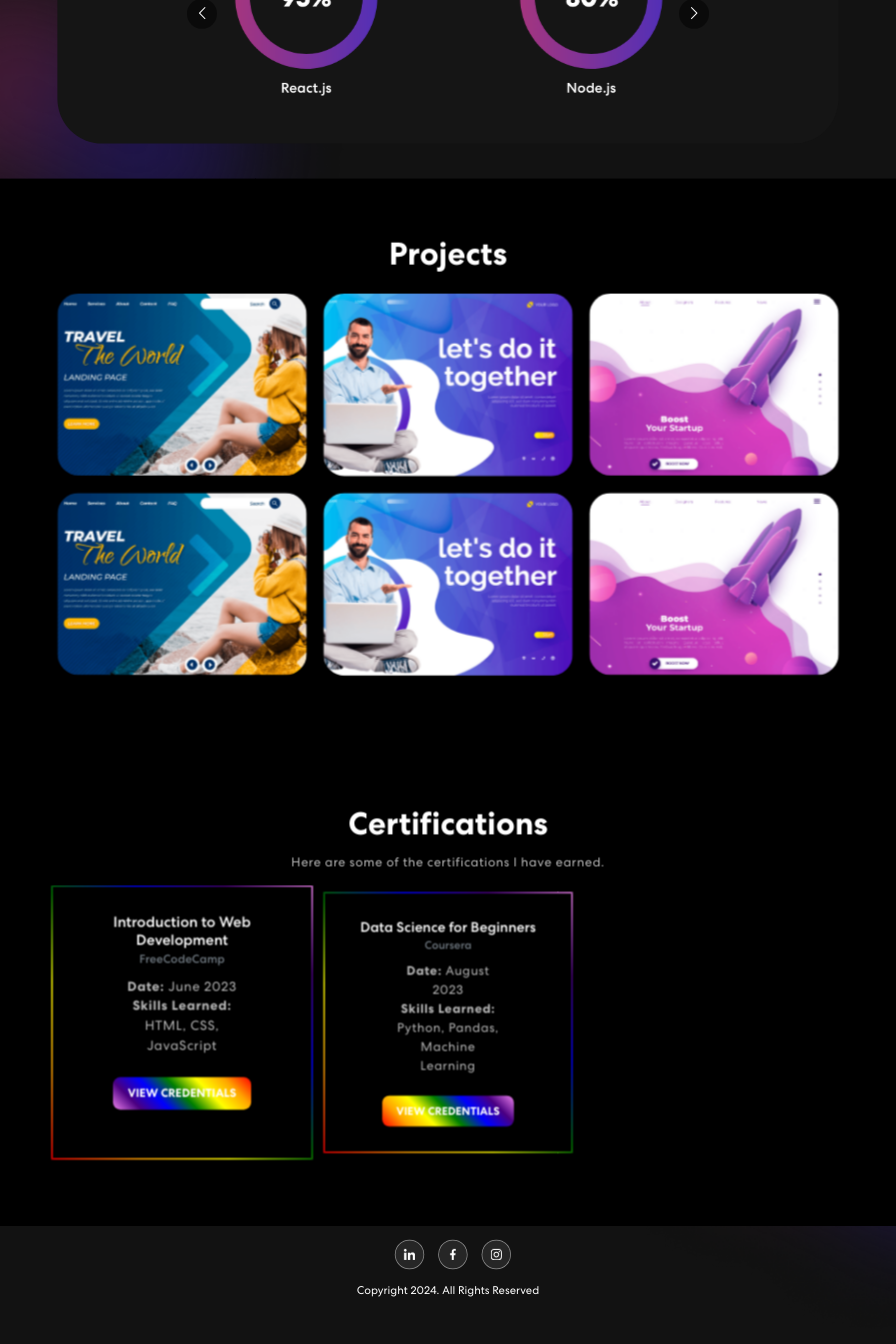
Repository: ChakerChourouk/personal-portfolio
Page: /
These files come from the project's save history. The page is drawn as it stood at one moment and after the next save; the edit follows.
The browser window is 1280 px wide. The pictures show the part of the page from y = 1123 to 3043 px (the page is 3043 px tall), at 70% of full size.
The pointer rests on the first visible `.rainbow-button`.
The project was rebuilt for these pictures with package versions that can differ from the ones it lists, and the page was loaded fresh each time.

Above is the page before, as saved 2024-09-19 20:52:04.

### src/App.js
import logo from './logo.svg';
import './App.css';
import 'bootstrap/dist/css/bootstrap.min.css';
import { NavBar } from "./components/NavBar";
import { Banner } from "./components/Banner";
import { Skills } from "./components/Skills";
import { Projects } from "./components/Projects";
import { Footer } from "./components/Footer";
import { Certifications } from "./components/Certifications";

function App() {
  return (
    <div className="App">
      <NavBar />
      <Banner />
      <Skills />
      <Projects />
      <Certifications/>
      <Footer />
    </div>
  );
}

export default App;

### src/App.css
/************ Custom Font ************/
@font-face {
	font-family: Centra;
	src: url('./assets/font/CentraNo2-Bold.ttf');
	font-weight: 700;
}
@font-face {
	font-family: Centra;
	src: url('./assets/font/CentraNo2-Medium.ttf');
	font-weight: 500;
}
@font-face {
	font-family: Centra;
	src: url('./assets/font/CentraNo2-Book.ttf');
	font-weight: 400;
}

/************ Default Css ************/
* {
  margin: 0;
  padding: 0;
  box-sizing: border-box;
}

html {
  scroll-behavior: smooth;
  scroll-padding-top: 75px;
}

body {
  font-weight: 400;
  overflow-x: hidden;
  position: relative;
  background-color: #121212 !important;
  color: #fff !important;
  font-family: 'Centra', sans-serif !important;
}

h1, h2, h3, h4, h5, h6 {
  margin: 0;
  padding: 0;
  line-height: normal;
}

p, a, li, button, ul {
  margin: 0;
  padding: 0;
  line-height: normal;
  text-decoration: none;
}

a:hover {
  text-decoration: none;
}

img {
  width: 100%;
  height: auto;
}

button {
  border: 0;
  background-color: transparent;
}

input:focus, textarea:focus, select:focus {
  outline: none;
}

@media (min-width:1700px) {
	main .container {
		max-width: 100%;
		padding: 0 150px;
	}
}

p.success {
	color: green;
}

p.danger {
	color: red;
}
/************ Navbar Css ************/
nav.navbar {
  padding: 18px 0;
  position: fixed;
  width: 100%;
  top: 0;
  z-index: 9999;
  transition:  0.32s ease-in-out;
}
nav.navbar.scrolled {
  padding: 0px 0;
  background-color: #121212;
}
nav.navbar a.navbar-brand {
    width: 9%;
}
nav.navbar .navbar-nav .nav-link.navbar-link {
  font-weight: 400;
  color: #fff !important;
  letter-spacing: 0.8px;
  padding: 0 25px;
  font-size: 18px;
  opacity: 0.75;
}
nav.navbar .navbar-nav a.nav-link.navbar-link:hover,
nav.navbar .navbar-nav a.nav-link.navbar-link.active {
    opacity: 1;
}
span.navbar-text {
    display: flex;
    align-items: center;
}
.social-icon {
    display: inline-block;
    margin-left: 14px;
}
.social-icon a {
    width: 42px;
    height: 42px;
    background: rgba(217, 217, 217, 0.1);
    display: inline-flex;
    border-radius: 50%;
    margin-right: 6px;
    align-items: center;
    justify-content: center;
    line-height: 1;
    border: 1px solid rgba(255, 255, 255, 0.5);
}
.social-icon a::before {
    content: "";
    width: 42px;
    height: 42px;
    position: absolute;
    background-color: #ffffff;
    border-radius: 50%;
    transform: scale(0);
	transition: 0.3s ease-in-out;
}
.social-icon a:hover::before {
    transform: scale(1);
}
.social-icon a img {
	width: 40%;
	z-index: 1;
	transition: 0.3s ease-in-out;
}
.social-icon a:hover img {
	filter: brightness(0) saturate(100%) invert(0%) sepia(7%) saturate(98%) hue-rotate(346deg) brightness(95%) contrast(86%);
}
.navbar-text button {
  font-weight: 700;
  color: #fff;
  border: 1px solid #fff;
  padding: 18px 34px;
  font-size: 18px;
  margin-left: 18px;
	position: relative;
	background-color: transparent;
	transition: 0.3s ease-in-out;
}
.navbar-text button span {
  z-index: 1;
}
.navbar-text button::before {
  content: "";
  width: 0%;
  height: 100%;
  position: absolute;
  background-color: #fff;
  left: 0;
  top: 0;
  z-index: -1;
  transition: 0.3s ease-in-out;
}
.navbar-text button:hover {
  color: #121212;
}
.navbar-text button:hover::before {
	content: "";
	width: 100%;
	height: 100%;
	position: absolute;
}
nav.navbar .navbar-toggler:active,
nav.navbar .navbar-toggler:focus {
	outline: none;
    box-shadow: none;
}
nav.navbar .navbar-toggler-icon {
  width: 24px;
  height: 17px;
  background-image: none;
  position: relative;
  border-bottom: 2px solid #fff;
  transition: all 300ms linear;
  top: -2px;
}
nav.navbar .navbar-toggler-icon:focus {
	border-bottom: 2px solid #fff;
}
nav.navbar .navbar-toggler-icon:after,
nav.navbar .navbar-toggler-icon:before {
	width: 24px;
	position: absolute;
	height: 2px;
	background-color: #fff;
	top: 0;
	left: 0;
	content: '';
	z-index: 2;
	transition: all 300ms linear;
}
nav.navbar .navbar-toggler-icon:after {
	top: 8px;
}
nav.navbar .navbar-toggler[aria-expanded="true"] .navbar-toggler-icon:after {
	transform: rotate(45deg);
	background-color: #fff;
	height: 2px;
}
nav.navbar .navbar-toggler[aria-expanded="true"] .navbar-toggler-icon:before {
	transform: translateY(8px) rotate(-45deg);
	background-color: #fff;
	height: 2px;
}
nav.navbar .navbar-toggler[aria-expanded="true"] .navbar-toggler-icon {
	border-color: transparent;
}

/************ Banner Css ************/
.banner {
  margin-top: 0;
  padding: 260px 0 100px 0;
  background-image: url('./assets/img/banner-bg.png');
  background-position: top center;
  background-size: cover;
  background-repeat: no-repeat;
}
.banner .tagline {
  font-weight: 700;
  letter-spacing: 0.8px;
  padding: 8px 10px;
  background: linear-gradient(90.21deg, rgba(170, 54, 124, 0.5) -5.91%, rgba(74, 47, 189, 0.5) 111.58%);
  border: 1px solid rgba(255, 255, 255, 0.5);
  font-size: 20px;
  margin-bottom: 16px;
  display: inline-block;
}
.banner h1 {
  font-size: 65px;
  font-weight: 700;
  letter-spacing: 0.8px;
  line-height: 1;
  margin-bottom: 20px;
  display: block;
}
.banner p {
  color: #B8B8B8;
  font-size: 18px;
  letter-spacing: 0.8px;
  line-height: 1.5em;
  width: 96%;
}
.banner button {
  color: #fff;
  font-weight: 700;
  font-size: 20px;
  margin-top: 60px;
  letter-spacing: 0.8px;
  display: flex;
  align-items: center;
}
.banner button svg {
  font-size: 25px;
  margin-left: 10px;
  transition: 0.3s ease-in-out;
  line-height: 1;
}
.banner button:hover svg {
  margin-left: 25px;
}
.banner img {
  animation: updown 3s linear infinite;
}
@keyframes updown {
    0% {
        transform: translateY(-20px);
    }
    50% {
        transform: translateY(20px);
    }
    100% {
        transform: translateY(-20px);
    }
}
.txt-rotate > .wrap {
  border-right: 0.08em solid #666;
}

/************ Skills Css ************/
.skill {
  padding: 0 0 50px 0;
  position: relative;
}
.skill-bx {
  background: #151515;
  border-radius: 64px;
  text-align: center;
  padding: 60px 50px;
  margin-top: -60px;
}
.skill h2 {
	font-size: 45px;
	font-weight: 700;
}
.skill p {
    color: #B8B8B8;
    font-size: 18px;
    letter-spacing: 0.8px;
    line-height: 1.5em;
    margin: 14px 0 75px 0;
}
.skill-slider {
  width: 80%;
  margin: 0 auto;
  position: relative;
}
.skill-slider .item img {
  width: 50%;
  margin: 0 auto 15px auto;
}
.background-image-left {
  top: 28%;
  position: absolute;
  bottom: 0;
  width: 40%;
  z-index: -4;
}

/************ Projects Css ************/
.project {
  padding: 80px 0;
  position: relative;
  background-color: black;
}
.project h2 {
	font-size: 45px;
	font-weight: 700;
  text-align: center;
}
.project p {
  color: #B8B8B8;
  font-size: 18px;
  letter-spacing: 0.8px;
  line-height: 1.5em;
  margin: 14px auto 30px auto;
  text-align: center;
  width: 56%;
}
.project .nav.nav-pills {
  width: 72%;
  margin: 0 auto;
  border-radius: 50px;
  background-color: rgb(255 255 255 / 10%);
  overflow: hidden;
}
.project .nav.nav-pills .nav-item {
  width: 33.33333%;
}
.project .nav.nav-pills .nav-link {
  background-color: transparent;
  border-radius: 0;
  padding: 17px 0;
  color: #fff;
  width: 100%;
  font-size: 17px;
  letter-spacing: 0.8px;
  font-weight: 500;
  position: relative;
  transition: 0.3s ease-in-out;
  text-align: center;
  z-index: 0;
}
.project .nav.nav-pills .nav-link::before {
    content: "";
    position: absolute;
    width: 0;
    height: 100%;
    background: linear-gradient(90.21deg, #AA367C -5.91%, #4A2FBD 111.58%);
    top: 0;
    left: 0;
    z-index: -1;
    transition: 0.3s ease-in-out;
}
.project .nav.nav-pills .nav-link.active::before {
    width: 100% !important;
}
.project .nav.nav-pills .nav-link.active {
    border: 1px solid rgba(255, 255, 255, 1);
}
.nav-link#projects-tabs-tab-first {
  border: 1px solid rgba(255, 255, 255, 0.5);
  border-radius: 55px 0px 0px 55px;
}
.nav-link#projects-tabs-tab-second {
  border-top: 1px solid rgba(255, 255, 255, 0.5);
  border-bottom: 1px solid rgba(255, 255, 255, 0.5);
}
.nav-link#projects-tabs-tab-third {
  border: 1px solid rgba(255, 255, 255, 0.5);
  border-radius: 0 55px 55px 0;
}
.proj-imgbx {
  position: relative;
  border-radius: 30px;
  overflow: hidden;
  margin-bottom: 24px;
}
.proj-imgbx::before {
  content: "";
  background: linear-gradient(90.21deg, #AA367C -5.91%, #4A2FBD 111.58%);
  opacity: 0.85;
  position: absolute;
  width: 100%;
  height: 0;
  transition: 0.4s ease-in-out;
}
.proj-imgbx:hover::before {
  height: 100%;
}
.proj-txtx {
  position: absolute;
  text-align: center;
  top: 65%;
  left: 50%;
  transform: translate(-50%, -50%);
  transition: 0.5s ease-in-out;
  opacity: 0;
  width: 100%;
}
.proj-imgbx:hover .proj-txtx {
  top: 50%;
  opacity: 1;
}
.proj-txtx h4 {
  font-size: 30px;
  font-weight: 700;
  letter-spacing: 0.8px;
  line-height: 1.1em;
}
.proj-txtx span {
  font-style: italic;
  font-weight: 400;
  font-size: 15px;
  letter-spacing: 0.8px;
}
.background-image-right {
  top: 20%;
  position: absolute;
  bottom: 0;
  width: 35%;
  right: 0;
  z-index: -4;
}

/************ Projects Css ************/
.contact {
  background: linear-gradient(90.21deg, #AA367C -5.91%, #4A2FBD 111.58%);
  padding: 60px 0 200px 0;
}
.contact img {
  width: 92%;
}
.contact h2 {
	font-size: 45px;
	font-weight: 700;
  margin-bottom: 30px;
}
.contact form input, .contact form textarea {
  width: 100%;
  background: rgba(255, 255, 255, 0.1);
  border: 1px solid rgba(255, 255, 255, 0.5);
  border-radius: 20px;
  color: #fff;
  margin: 0 0 8px 0;
  padding: 18px 26px;
  font-weight: 500;
  font-size: 18px;
  letter-spacing: 0.8px;
  transition: 0.3s ease-in-out;
}
.contact form input:focus, .contact form textarea:focus {
  background: rgba(255, 255, 255, 1);
  color: #121212;
}
.contact form input::placeholder, .contact form textarea::placeholder {
  font-size: 16px;
  font-weight: 400;
  color: #fff;
}
.contact form input:focus::placeholder, .contact form textarea:focus::placeholder {
  color: #121212;
  opacity: 0.8;
}
.contact form button {
  font-weight: 700;
  color: #000;
  background-color: #fff;
  padding: 14px 48px;
  font-size: 18px;
  margin-top: 25px;
  border-radius: 0;
  position: relative;
  transition: 0.3s ease-in-out;
}
.contact form button span {
  z-index: 1;
  position: relative;
}
.contact form button:hover {
  color: #fff;
}
.contact form button::before {
  content: "";
  background: #121212;
  width: 0;
  height: 100%;
  position: absolute;
  top: 0;
  left: 0;
  z-index: 0;
  transition: 0.3s ease-in-out;
}
.contact form button:hover::before {
  width: 100%;
}

/************ Footer Css ************/

.footer {
  padding: 20px 0;
}

.social-icon a {
  margin: 0 10px;
}

/* Add margin to create space between icons and the text */
.text-center p {
  margin-top: 20px; /* Adjust the value for more or less space */
}


.welcome {
    font-weight: 400;
    color: #fff !important;
    letter-spacing: 0.8px;
    padding: 0 25px;
    font-size: 18px;
    opacity: 0.75;
}

.card {
  text-align: center;
  padding: 20px;
}

### src/components/NavBar.js
import { useState, useEffect } from "react";
import { Navbar, Nav, Container } from "react-bootstrap";
import {
  BrowserRouter as Router
} from "react-router-dom";

export const NavBar = () => {

  const [activeLink, setActiveLink] = useState('home');
  const [scrolled, setScrolled] = useState(false);

  useEffect(() => {
    const onScroll = () => {
      if (window.scrollY > 50) {
        setScrolled(true);
      } else {
        setScrolled(false);
      }
    }

    window.addEventListener("scroll", onScroll);

    return () => window.removeEventListener("scroll", onScroll);
  }, [])

  const onUpdateActiveLink = (value) => {
    setActiveLink(value);
  }

  return (
    <Router>
      <Navbar expand="md" className={scrolled ? "scrolled" : ""}>
        <Container>
         {/* <Navbar.Brand href="/">
            <img src={logo} alt="Logo" />
          </Navbar.Brand>*/}
          <span className="welcome">Welcome to my Portfolio<span role="img" aria-label="waving hand"> 👋</span> </span>
          <Navbar.Toggle aria-controls="basic-navbar-nav">
            <span className="navbar-toggler-icon"></span>
          </Navbar.Toggle>
          <Navbar.Collapse id="basic-navbar-nav">
            <Nav className="ms-auto">
              <Nav.Link href="#home" className={activeLink === 'home' ? 'active navbar-link' : 'navbar-link'} onClick={() => onUpdateActiveLink('home')}>Home</Nav.Link>
              <Nav.Link href="#skills" className={activeLink === 'skills' ? 'active navbar-link' : 'navbar-link'} onClick={() => onUpdateActiveLink('skills')}>Skills</Nav.Link>
              <Nav.Link href="#projects" className={activeLink === 'projects' ? 'active navbar-link' : 'navbar-link'} onClick={() => onUpdateActiveLink('projects')}>Projects</Nav.Link>
              <Nav.Link href="#contacts" className={activeLink === 'certification' ? 'active navbar-link' : 'navbar-link'} onClick={() => onUpdateActiveLink('certification')}>Certifications</Nav.Link>
              <Nav.Link href="#contacts" className={activeLink === 'contacts' ? 'active navbar-link' : 'navbar-link'} onClick={() => onUpdateActiveLink('projects')}>Contacts</Nav.Link>
            </Nav>
            {/*<span className="navbar-text">
              <div className="social-icon">
                <a href="#"><img src={navIcon1} alt="" /></a>
                <a href="#"><img src={navIcon2} alt="" /></a>
                <a href="#"><img src={navIcon3} alt="" /></a>
              </div>
            </span>*/}
          </Navbar.Collapse>
        </Container>
      </Navbar>
    </Router>
  )
}

### src/components/Projects.js
import { Container, Row, Col, Tab, Nav } from "react-bootstrap";
import { ProjectCard } from "./ProjectCard";
import projImg1 from "../assets/img/project-img1.png";
import projImg2 from "../assets/img/project-img2.png";
import projImg3 from "../assets/img/project-img3.png";
import colorSharp2 from "../assets/img/color-sharp2.png";
import 'animate.css';
import TrackVisibility from 'react-on-screen';

export const Projects = () => {

  const projects = [
    {
      title: "Business Startup",
      description: "Design & Development",
      imgUrl: projImg1,
    },
    {
      title: "Business Startup",
      description: "Design & Development",
      imgUrl: projImg2,
    },
    {
      title: "Business Startup",
      description: "Design & Development",
      imgUrl: projImg3,
    },
    {
      title: "Business Startup",
      description: "Design & Development",
      imgUrl: projImg1,
    },
    {
      title: "Business Startup",
      description: "Design & Development",
      imgUrl: projImg2,
    },
    {
      title: "Business Startup",
      description: "Design & Development",
      imgUrl: projImg3,
    },
  ];

  return (
    <section className="project" id="projects">
      <Container>
        <Row>
          <Col size={12}>
            <TrackVisibility>
              {({ isVisible }) =>
              <div className={isVisible ? "animate__animated animate__fadeIn": ""}>
                <h2>Projects</h2>
                <p>  </p>
                <Tab.Container id="projects-tabs" defaultActiveKey="first">
                  <Tab.Content id="slideInUp" className={isVisible ? "animate__animated animate__slideInUp" : ""}>
                    <Tab.Pane eventKey="first">
                      <Row>
                        {
                          projects.map((project, index) => {
                            return (
                              <ProjectCard
                                key={index}
                                {...project}
                                />
                            )
                          })
                        }
                      </Row>
                    </Tab.Pane>
                  </Tab.Content>
                </Tab.Container>
              </div>}
            </TrackVisibility>
          </Col>
        </Row>
      </Container>
      <img className="background-image-right" src={colorSharp2}></img>
    </section>
  )
}

### src/components/Footer.js
import { Container, Row, Col } from "react-bootstrap";
import logo from "../assets/img/logo.svg";
import navIcon1 from "../assets/img/nav-icon1.svg";
import navIcon2 from "../assets/img/nav-icon2.svg";
import navIcon3 from "../assets/img/nav-icon3.svg";

export const Footer = () => {
  return (
    <footer className="footer" id="contacts" >
      <Container>
        <Row className="align-items-center justify-content-center">
          <Col size={12} sm={6} className="text-center">
            <div className="social-icon">
              <a href="https://www.linkedin.com/in/chaker-chourouk-a32841257/"><img src={navIcon1} alt="Icon" /></a>
              <a href="#"><img src={navIcon2} alt="Icon" /></a>
              <a href="#"><img src={navIcon3} alt="Icon" /></a>
            </div>
            <p>Copyright 2024. All Rights Reserved</p>
          </Col>
        </Row>
      </Container>
    </footer>
  );
};

### src/components/Certifications.js
import { Container, Row, Col, Tab } from "react-bootstrap";
import { ProjectCard } from "./ProjectCard2";
import colorSharp2 from "../assets/img/color-sharp2.png";
import 'animate.css';
import TrackVisibility from 'react-on-screen';

export const Certifications = () => {

  const projects = [
    {
      title: "Introduction to Web Development",
      organization: "FreeCodeCamp",
      date: "June 2023",
      skills: ["HTML", "CSS", "JavaScript"],
      certificateUrl: "https://www.example.com/certificate1",
    },
    {
      title: "Data Science for Beginners",
      organization: "Coursera",
      date: "August 2023",
      skills: ["Python", "Pandas", "Machine Learning"],
      certificateUrl: "https://www.example.com/certificate2",
    },
  ];

  return (
    <section className="project" id="certification">
      <Container>
        <Row>
          <Col size={12}>
            <TrackVisibility>
              {({ isVisible }) =>
              <div className={isVisible ? "animate__animated animate__fadeIn": ""}>
                <h2>Certifications</h2>
                <p>Here are some of the certifications I have earned.</p>
                <Tab.Container id="projects-tabs" defaultActiveKey="first">
                  <Tab.Content id="slideInUp" className={isVisible ? "animate__animated animate__slideInUp" : ""}>
                    <Tab.Pane eventKey="first">
                      <Row>
                        {
                          projects.map((project, index) => {
                            return (
                              <Col key={index} sm={12} md={4} className="mb-4">
                                <ProjectCard
                                  title={project.title}
                                  organization={project.organization}
                                  date={project.date}
                                  skills={project.skills}
                                  certificateUrl={project.certificateUrl}
                                />
                              </Col>
                            );
                          })
                        }
                      </Row>
                    </Tab.Pane>
                  </Tab.Content>
                </Tab.Container>
              </div>}
            </TrackVisibility>
          </Col>
        </Row>
      </Container>
      <img className="background-image-right" src={colorSharp2} alt="Background" />
    </section>
  );
};

### src/components/ProjectCard2.js
import { Card, Button } from "react-bootstrap";
import './ProjectCard2.css'; // Import the CSS file

export const ProjectCard = ({ title, organization, date, skills, certificateUrl }) => {
  return (
    <Card className="custom-card h-100">
      <Card.Body>
        <Card.Title>{title}</Card.Title>
        <Card.Subtitle className="mb-2 text-muted">{organization}</Card.Subtitle>
        <Card.Text>
          <strong>Date:</strong> {date}<br />
          <strong>Skills Learned:</strong> {skills.join(", ")}
        </Card.Text>
        <Button variant="primary" href={certificateUrl} target="_blank" className="rainbow-button">
          View Credentials
        </Button>
      </Card.Body>
    </Card>
  );
};

### src/components/ProjectCard2.css
/* Style for the card */
.custom-card {
    background-color: black;
    border: 2px solid;
    border-image: linear-gradient(45deg, red, orange, yellow, green, blue, indigo, violet) 1;
    border-radius: 15px; /* Rounded corners */
    color: white; /* Text color */
    padding: 20px;
    text-align: center;
    transition: transform 0.2s;
  }

  .custom-card:hover {
    transform: scale(1.05); /* Slight zoom on hover */
  }

  /* Rainbow button */
  .rainbow-button {
    background: linear-gradient(45deg, red, orange, yellow, green, blue, indigo, violet);
    border: none;
    color: white;
    border-radius: 10px;
    padding: 10px 20px;
    text-transform: uppercase;
    font-weight: bold;
    transition: background 0.3s ease;
  }

  .rainbow-button:hover {
    background: linear-gradient(45deg, violet, indigo, blue, green, yellow, orange, red); /* Reverse on hover */
    color: white;
  }

Loaded but not shown: public/index.html (common file); src/index.js (common file); src/index.css (common file); src/reportWebVitals.js (common file); src/components/ProjectCard.js (common file); public/manifest.json (common file); src/components/Skills.js (72 lines, source omitted); src/components/Banner.js (75 lines, source omitted)

After the next save:
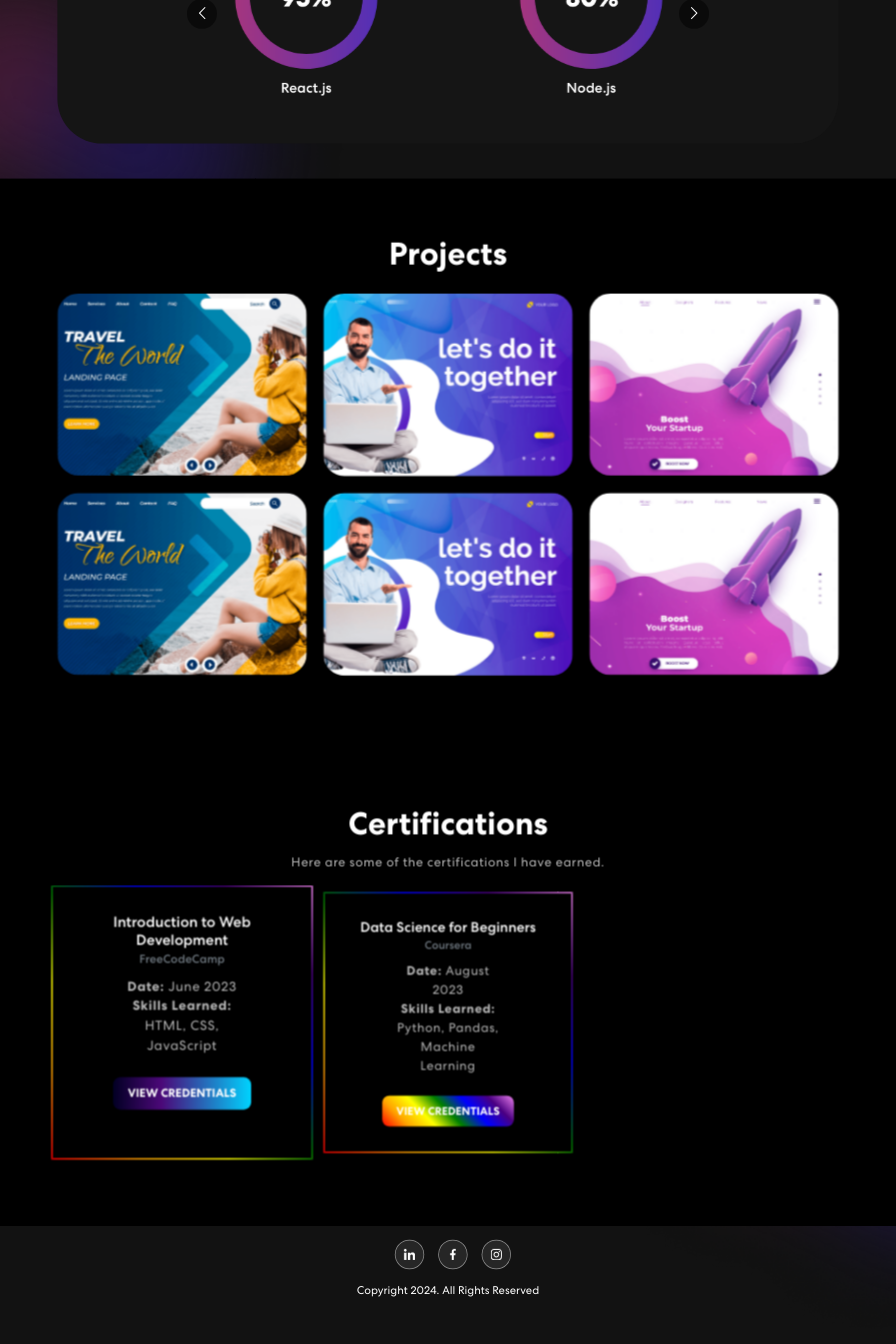
Saved 3 min 19 s later.
--- a/src/components/ProjectCard2.css
+++ b/src/components/ProjectCard2.css
@@ -27,6 +27,6 @@
   }
 
   .rainbow-button:hover {
-    background: linear-gradient(45deg, violet, indigo, blue, green, yellow, orange, red); /* Reverse on hover */
+    background: linear-gradient(90deg, rgba(2,0,36,1) 0%, rgba(76,9,121,1) 35%, rgba(0,212,255,1) 100%);
     color: white;
   }
